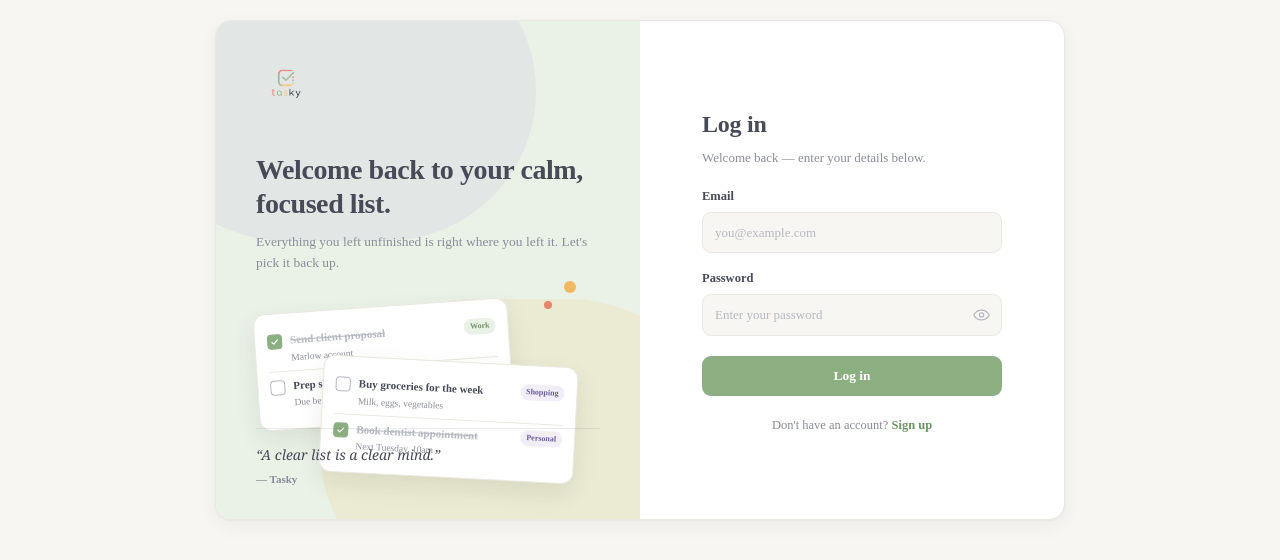
Repository: Anfel-bth/Tasky_
Page: /login (app in task-manager-frontend/)
The author's editor kept a copy of each file at every save. The page is drawn from the files as they stood at one save, then again after the next save.
The browser window is 1280 px wide. The pictures show the whole page.
The project was rebuilt for these pictures with package versions that can differ from the ones it lists, and the page was loaded fresh each time. Also part of the build but not shown: task-manager-frontend/vite.config.js, task-manager-frontend/src/Components/Landing.jsx, task-manager-frontend/src/Components/dashboard.jsx, task-manager-frontend/src/Components/register.jsx.

Above is the page before, as saved 2026-09-02 12:08:37.

### task-manager-frontend/index.html
<!doctype html>
<html lang="en">
  <head>
    <meta charset="UTF-8" />
    <link rel="icon" type="image/svg+xml" href="/favicon.svg" />
    <meta name="viewport" content="width=device-width, initial-scale=1.0" />
    <title>task-manager-frontend</title>
  </head>
  <body>
    <div id="root"></div>
    <script type="module" src="/src/main.jsx"></script>
  </body>
</html>

### task-manager-frontend/src/index.css
@import "tailwindcss";

@import url("https://fonts.googleapis.com/css2?family=Manrope:wght@400;500;600;700;800&display=swap");

body {
  margin: 0;
  font-family: "Manrope", sans-serif;
}

### task-manager-frontend/src/App.jsx
import { createBrowserRouter, RouterProvider } from "react-router-dom";
import Login from "./Components/login.jsx";
import LandingPage from "./Components/Landing.jsx";
import Dashboard from "./Components/dashboard.jsx";
import Register from "./Components/register.jsx";
const router = createBrowserRouter([
  {
    path: "/",
    children: [
      {
        index: true,
        element: <LandingPage />,
      },
      {
        path: "login",
        element: <Login />,
      },
      {
        path: "dashboard",
        element: <Dashboard />,
      },
      {
        path: "register",
        element: <Register />,
      },
    ],
  },
]);
export default function App() {
  return <RouterProvider router={router} />;
}

### task-manager-frontend/src/Components/login.jsx
import React, { useState } from "react";
import logo from "../assets/logo.png";

const Login = () => {
  const [email, setEmail] = useState("");
  const [password, setPassword] = useState("");
  const [showPassword, setShowPassword] = useState(false);
  const [error, setError] = useState(false);

  const handleLogin = async () => {
    try {
      setError(false);

      const response = await fetch("http://localhost:5000/api/auth/login", {
        method: "POST",
        headers: {
          "Content-Type": "application/json",
        },
        body: JSON.stringify({ email, password }),
      });

      const data = await response.json();
      console.log("Login response:", data);
      console.log("Response status:", response.status);

      if (response.ok) {
        // Login successful
        console.log("Login successful:", data);
        // Store user data and redirect
        localStorage.setItem("user", JSON.stringify(data.user));
        // Redirect to dashboard or home
        window.location.href = "/dashboard";
      } else {
        // Login failed
        console.log(
          "Login failed. Status:",
          response.status,
          "Message:",
          data.message,
        );
        setError(true);
      }
    } catch (err) {
      console.error("Login error:", err);
      console.error("Error message:", err.message);
      setError(true);
    }
  };

  return (
    <div className="min-h-screen bg-[#F7F6F2] px-4 py-5 font-[Manrope] text-[#474A57] antialiased">
      {/* =========================
          MAIN FRAME
      ========================= */}
      <div className="mx-auto grid min-h-[500px] w-full max-w-[850px] overflow-hidden rounded-[16px] border border-[#EAE8E2] bg-white shadow-[0_1px_2px_rgba(40,38,30,0.04),0_6px_20px_rgba(40,38,30,0.05)] lg:grid-cols-2">
        {/* =========================
            LEFT BRAND PANEL
        ========================= */}
        <div className="relative hidden overflow-hidden bg-[#EAF2E7] px-10 py-8 lg:flex lg:flex-col">
          {/* Background decoration */}
          <div className="absolute -left-20 -top-20 h-[300px] w-[400px] rounded-full bg-[#B4A7D6]/15" />

          <div className="absolute -bottom-20 -right-20 h-[300px] w-[400px] rounded-full bg-[#F0B860]/15" />

          {/* Brand */}
          <div className="relative z-10 flex items-center">
            <img
              src={logo}
              alt="Tasky logo"
              className="h-[60px] w-[60px] object-contain"
            />
          </div>

          {/* Copy */}
          <div className="relative z-10 mt-10 max-w-[340px]">
            <h1 className="text-[28px] font-extrabold leading-[1.2] tracking-[-0.015em] text-[#474A57]">
              Welcome back to your calm, focused list.
            </h1>

            <p className="mt-3 text-[13.5px] leading-[1.55] text-[#8A8D99]">
              Everything you left unfinished is right where you left it. Let's
              pick it back up.
            </p>
          </div>

          {/* =========================
              TASK CARDS
          ========================= */}
          <div className="relative z-10 mt-8 flex-1">
            {/* Decorations */}
            <span className="absolute right-6 top-[-25px] h-3 w-3 rounded-full bg-[#F0B860]" />

            <span className="absolute right-12 top-[-5px] h-2 w-2 rounded-full bg-[#E8836C]" />

            <span className="absolute bottom-8 left-1 h-2.5 w-2.5 rounded-full bg-[#B4A7D6]" />

            {/* Card 1 */}
            <div className="absolute left-0 top-0 z-10 w-[255px] rotate-[-4deg] rounded-[12px] border border-[#EAE8E2] bg-white p-3 shadow-[0_10px_25px_rgba(70,70,50,0.10)]">
              <TaskRow
                completed
                title="Send client proposal"
                description="Marlow account"
                tag="Work"
                tagStyle="sage"
              />

              <TaskRow
                title="Prep slides for team sync"
                description="Due before 2pm"
                tag="Work"
                tagStyle="peach"
              />
            </div>

            {/* Card 2 */}
            <div className="absolute left-[65px] top-[55px] z-20 w-[255px] rotate-[3deg] rounded-[12px] border border-[#EAE8E2] bg-white p-3 shadow-[0_10px_25px_rgba(70,70,50,0.10)]">
              <TaskRow
                title="Buy groceries for the week"
                description="Milk, eggs, vegetables"
                tag="Shopping"
                tagStyle="lavender"
              />

              <TaskRow
                completed
                title="Book dentist appointment"
                description="Next Tuesday, 10am"
                tag="Personal"
                tagStyle="lavender"
              />
            </div>
          </div>

          {/* Quote */}
          <div className="relative z-10 mt-5 border-t border-[#474A57]/10 pt-4">
            <p className="max-w-[300px] font-serif text-[14px] italic leading-[1.4] text-[#474A57]">
              “A clear list is a clear mind.”
            </p>

            <span className="mt-1.5 block text-[11px] font-semibold text-[#8A8D99]">
              — Tasky
            </span>
          </div>
        </div>

        {/* =========================
            RIGHT FORM PANEL
        ========================= */}
        <div className="flex items-center justify-center px-6 py-6 sm:px-8">
            <div className="w-full max-w-[300px]">
            {/* Mobile Logo */}
            <div className="mb-6 flex justify-center lg:hidden">
              <img
                src={logo}
                alt="Tasky logo"
                className="h-[65px] w-[65px] object-contain"
              />
            </div>

            {/* Form Header */}
            <div>
              <h2 className="text-[24px] font-extrabold tracking-[-0.01em]">
                Log in
              </h2>

              <p className="mt-1.5 text-[13px] text-[#8A8D99]">
                Welcome back — enter your details below.
              </p>
            </div>

            {/* Email */}
            <div className="mt-5">
              <label className="mb-1.5 block text-[12.5px] font-bold">
                Email
              </label>

              <input
                type="email"
                placeholder="you@example.com"
                value={email}
                onChange={(e) => setEmail(e.target.value)}
                className="w-full rounded-[9px] border-[1.4px] border-[#EAE8E2] bg-[#F7F6F2] px-3 py-2.5 text-[13px] text-[#474A57] outline-none transition-all duration-200 placeholder:text-[#B7B9C2] focus:border-[#8CAF82] focus:bg-white focus:ring-[3px] focus:ring-[#EAF2E7]"
              />
            </div>

            {/* Password */}
            <div className="mt-4">
              <label className="mb-1.5 block text-[12.5px] font-bold">
                Password
              </label>

              <div className="relative">
                <input
                  type={showPassword ? "text" : "password"}
                  placeholder="Enter your password"
                  value={password}
                  onChange={(e) => setPassword(e.target.value)}
                  className="w-full rounded-[9px] border-[1.4px] border-[#EAE8E2] bg-[#F7F6F2] px-3 py-2.5 pr-10 text-[13px] text-[#474A57] outline-none transition-all duration-200 placeholder:text-[#B7B9C2] focus:border-[#8CAF82] focus:bg-white focus:ring-[3px] focus:ring-[#EAF2E7]"
                />

                {/* Eye */}
                <button
                  type="button"
                  onClick={() => setShowPassword(!showPassword)}
                  className="absolute right-3 top-1/2 -translate-y-1/2 text-[#B7B9C2] transition-colors hover:text-[#6B9463]"
                >
                  {showPassword ? (
                    <svg
                      viewBox="0 0 24 24"
                      fill="none"
                      stroke="currentColor"
                      strokeWidth="1.8"
                      className="h-[17px] w-[17px]"
                    >
                      <path d="M3 3l18 18" />
                      <path d="M10.6 10.6a2 2 0 0 0 2.8 2.8" />
                      <path d="M9.9 4.2A10.8 10.8 0 0 1 12 4c7 0 11 8 11 8a20 20 0 0 1-3.1 4.2" />
                      <path d="M6.6 6.6C3.5 8.7 1 12 1 12s4 7 11 7a10.8 10.8 0 0 0 3.2-.5" />
                    </svg>
                  ) : (
                    <svg
                      viewBox="0 0 24 24"
                      fill="none"
                      stroke="currentColor"
                      strokeWidth="1.8"
                      className="h-[17px] w-[17px]"
                    >
                      <path d="M1 12s4-7 11-7 11 7 11 7-4 7-11 7S1 12 1 12z" />
                      <circle cx="12" cy="12" r="3" />
                    </svg>
                  )}
                </button>
              </div>
            </div>

            {/* Login Button */}
            <button
              type="button"
              onClick={handleLogin}
              className="mt-5 w-full rounded-[9px] bg-[#8CAF82] px-3 py-2.5 text-[13.5px] font-bold text-white transition-all duration-200 hover:-translate-y-[1px] hover:bg-[#6B9463]"
            >
              Log in
            </button>

            {/* ERROR - ONLY APPEARS WHEN error === true */}
            {error && (
              <div className="mt-2 text-center text-[11.5px] font-semibold text-[#E8836C]">
                Incorrect email or password. Please try again.
              </div>
            )}

            {/* Sign Up */}
            <div className="mt-5 text-center text-[12.5px] text-[#8A8D99]">
              Don't have an account?{" "}
              <a
                href="/register"
                className="font-bold text-[#6B9463] hover:text-[#474A57]"
              >
                Sign up
              </a>
            </div>
          </div>
        </div>
      </div>
    </div>
  );
};

/* =====================================================
   TASK ROW
===================================================== */

const TaskRow = ({ completed = false, title, description, tag, tagStyle }) => {
  const tagStyles = {
    sage: "bg-[#EAF2E7] text-[#6B9463]",
    peach: "bg-[#FCF1DF] text-[#A8730F]",
    lavender: "bg-[#F1EEF8] text-[#6C5A9E]",
  };

  return (
    <div className="flex items-start gap-2 border-t border-[#EAE8E2] py-1.5 first:border-t-0">
      {/* Checkbox */}
      <div
        className={`mt-0.5 flex h-[15px] w-[15px] shrink-0 items-center justify-center rounded-[4px] border-[1.5px] ${
          completed
            ? "border-[#8CAF82] bg-[#8CAF82]"
            : "border-[#B7B9C2] bg-white"
        }`}
      >
        {completed && (
          <svg viewBox="0 0 16 16" fill="none" className="h-[9px] w-[9px]">
            <path
              d="M3 8.5L6.2 11.5L13 4.5"
              stroke="white"
              strokeWidth="2"
              strokeLinecap="round"
              strokeLinejoin="round"
            />
          </svg>
        )}
      </div>

      {/* Text */}
      <div className="min-w-0 flex-1">
        <div
          className={`text-[11px] font-bold ${
            completed ? "text-[#B7B9C2] line-through" : "text-[#474A57]"
          }`}
        >
          {title}
        </div>

        <div className="mt-0.5 text-[9.5px] text-[#8A8D99]">{description}</div>
      </div>

      {/* Tag */}
      <span
        className={`ml-auto rounded-full px-1.5 py-[2px] text-[8px] font-bold ${tagStyles[tagStyle]}`}
      >
        {tag}
      </span>
    </div>
  );
};

export default Login;

Loaded but not shown: task-manager-frontend/src/main.jsx (common file)

After the next save:
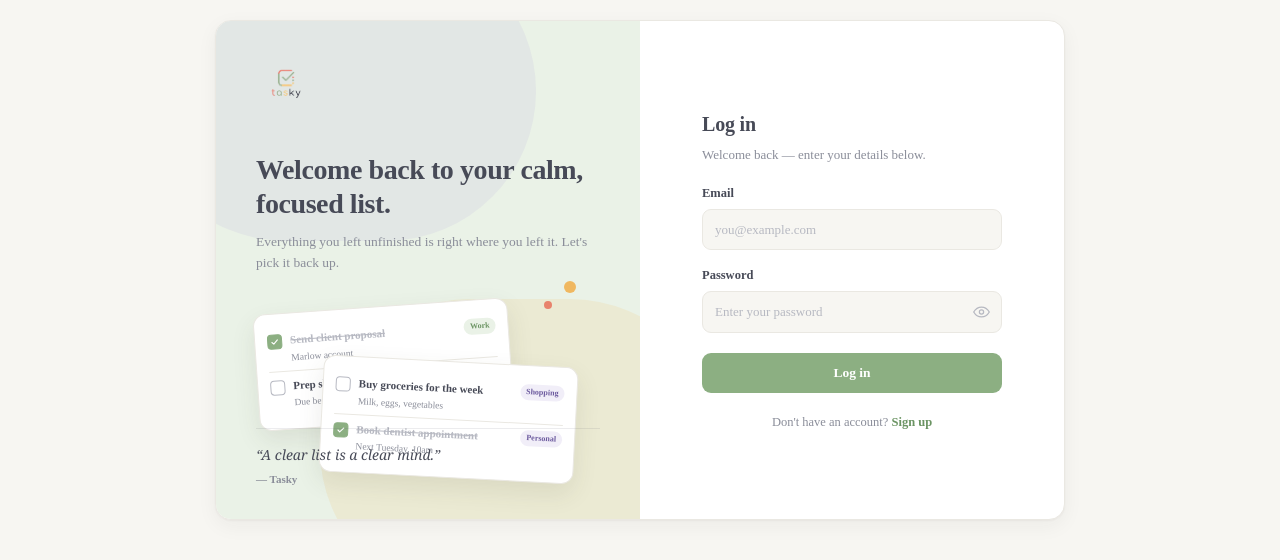
Saved 5 s later.
--- a/task-manager-frontend/src/Components/login.jsx
+++ b/task-manager-frontend/src/Components/login.jsx
@@ -159,7 +159,7 @@ const Login = () => {
 
             {/* Form Header */}
             <div>
-              <h2 className="text-[24px] font-extrabold tracking-[-0.01em]">
+              <h2 className="text-[20px] font-extrabold tracking-[-0.01em]">
                 Log in
               </h2>
 
